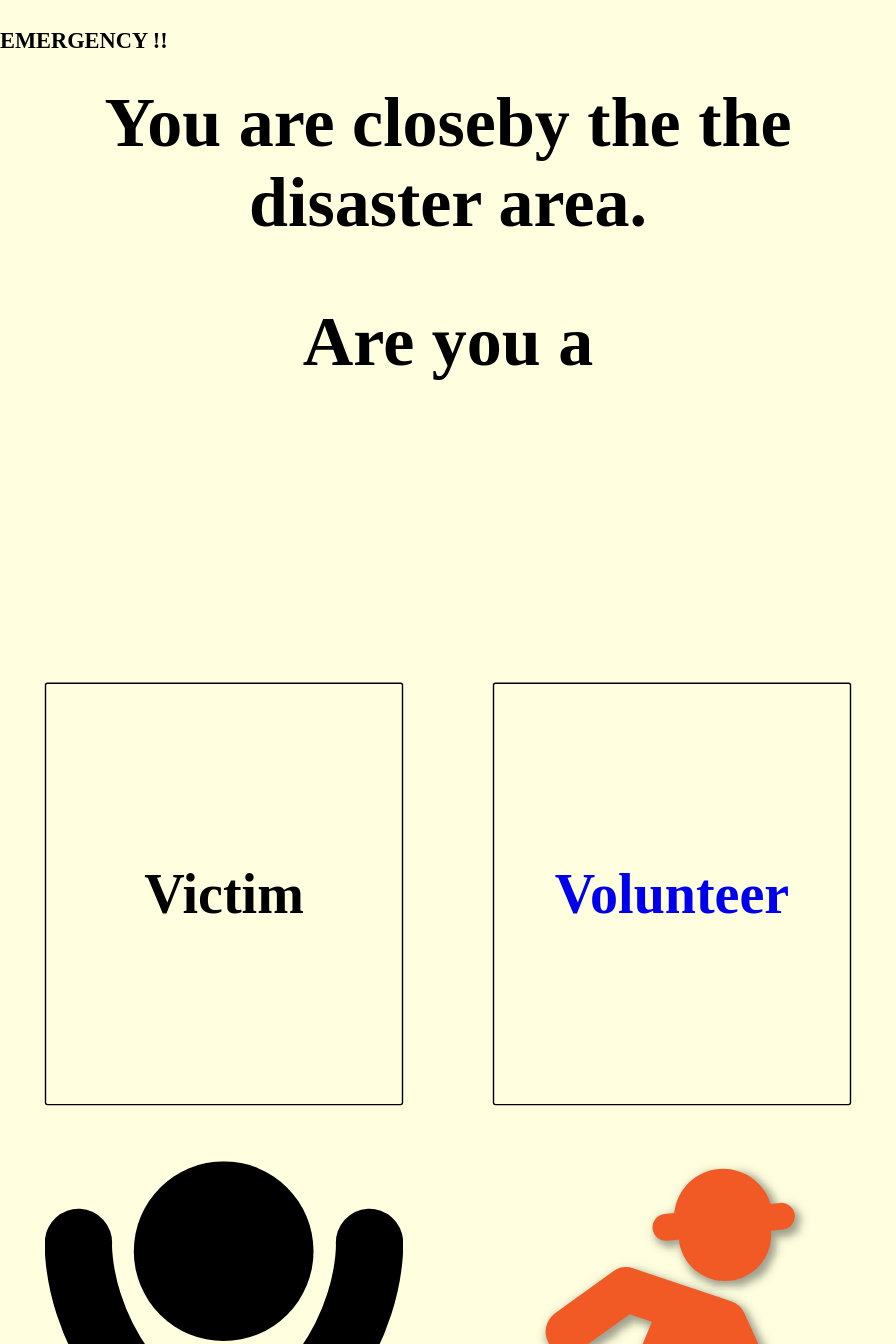
Repository: KittichoteKamalapirat/EMS-management-system
Page: http://localhost/
The author's editor kept a record of every edit. The page is drawn from the files as they stood at one moment, then again after the next edit.
The browser window is 1280 px wide. The pictures show the part of the page from y = 0 to 1920 px (the page is 2724 px tall before and 2649 px after), at 70% of full size.
Some web libraries are served in a nearby version. The page is served by the project's Node server (server.js).

Above is the page before.
Console error: ReferenceError: $ is not defined

After the next edit:
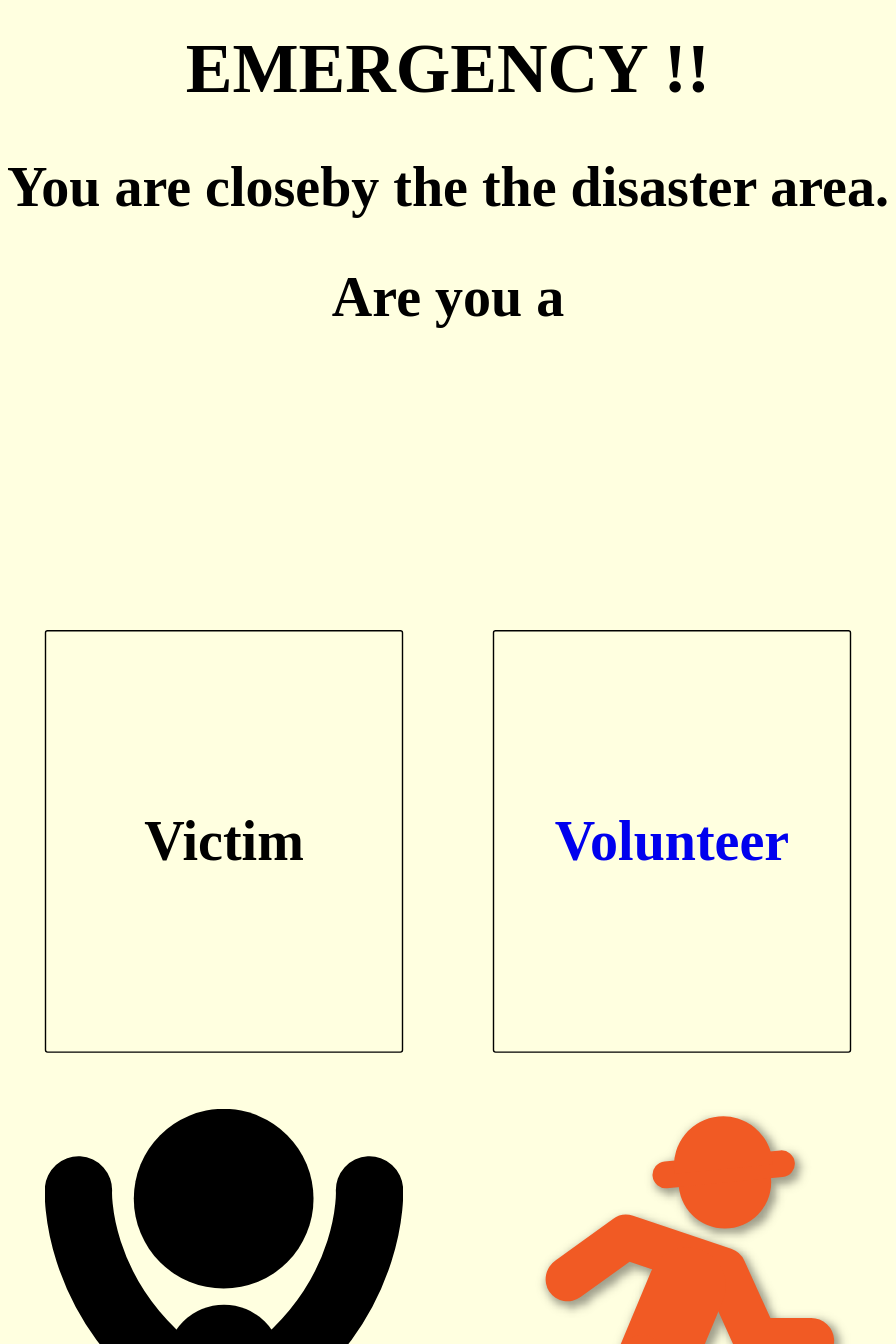
The edit:
--- a/public/css/index.css
+++ b/public/css/index.css
@@ -173,10 +173,26 @@
 
 
 /*html3について*/
+
+
+h1 {
+  text-align: center;
+  font-size: 100px;
+}
+
+
 h2 {
   text-align: center;
-  font-size: 100px;
-}
+  font-size: 80px;
+}
+
+
+h3 {
+  text-align: center;
+  font-size: 50px;
+}
+
+
 .loading {
   margin-top: 300px;
 }
